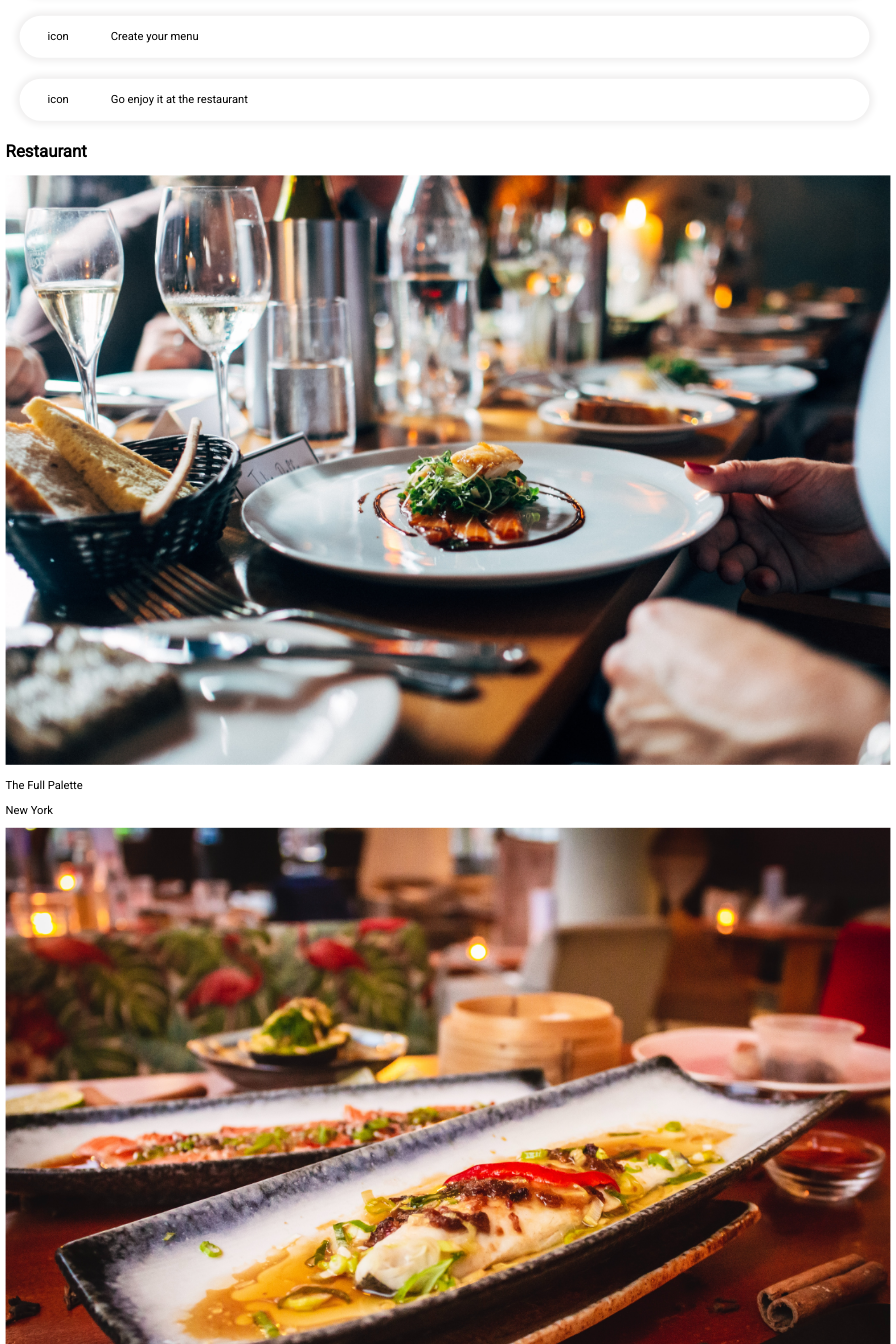
Repository: ailahin/ohmyfood
Page: Index.html
An editor plug-in stored every save of this project. The page is shown before and after the next save, followed by the edit.
The browser window is 1280 px wide. The pictures show the part of the page from y = 462 to 2382 px (the page is 5527 px tall before and 2996 px after), at 70% of full size.
Some web fonts or font styles are not loaded; a fallback is used.

Above is the page before, as saved 2023-08-12 20:24:28.

After the next save:
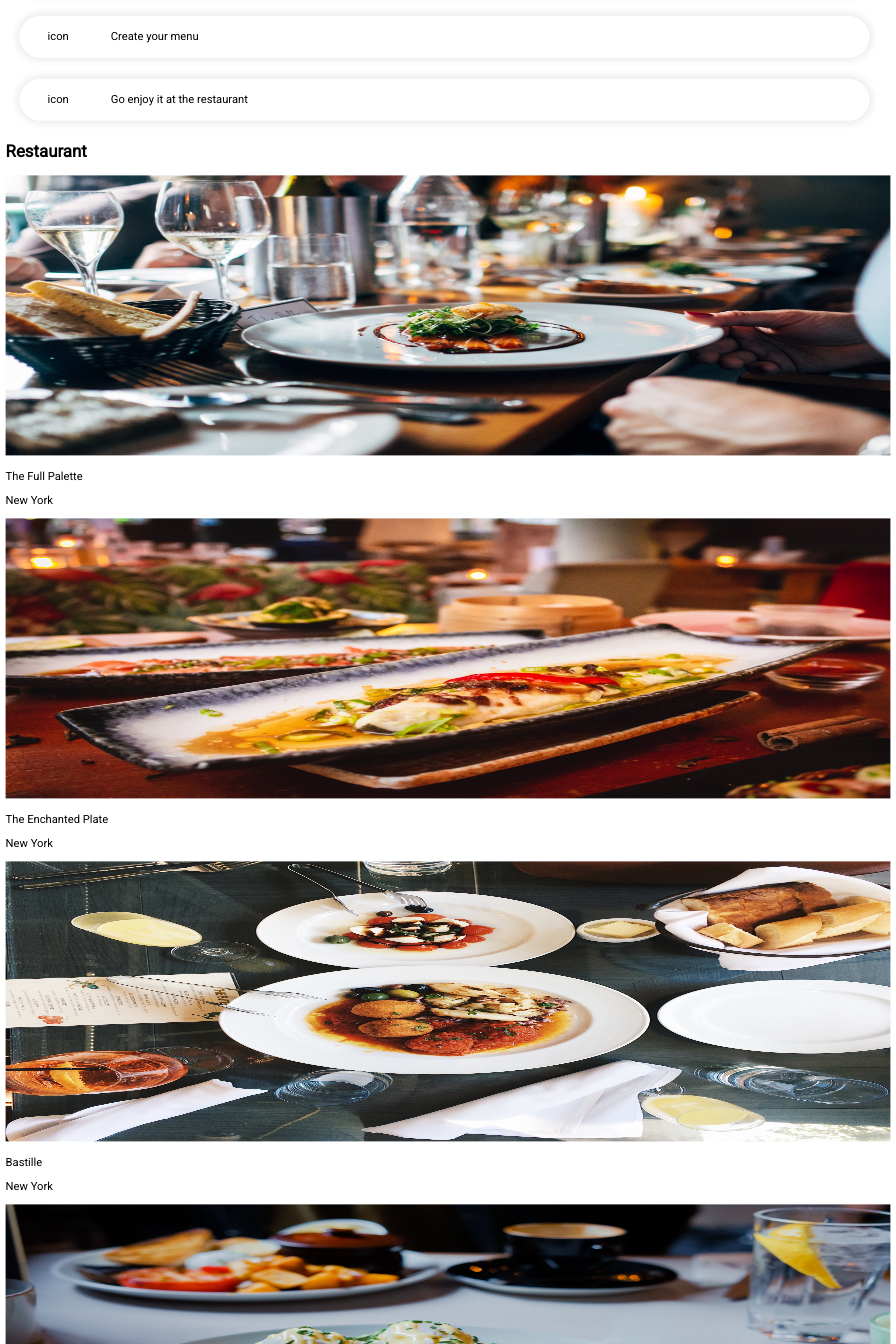
Saved 7 s later.
--- a/index.css
+++ b/index.css
@@ -95,6 +95,7 @@
 
 .image-container img{
     width: 100%;
+    height: 400px;
 }
 
 

After the save that followed:
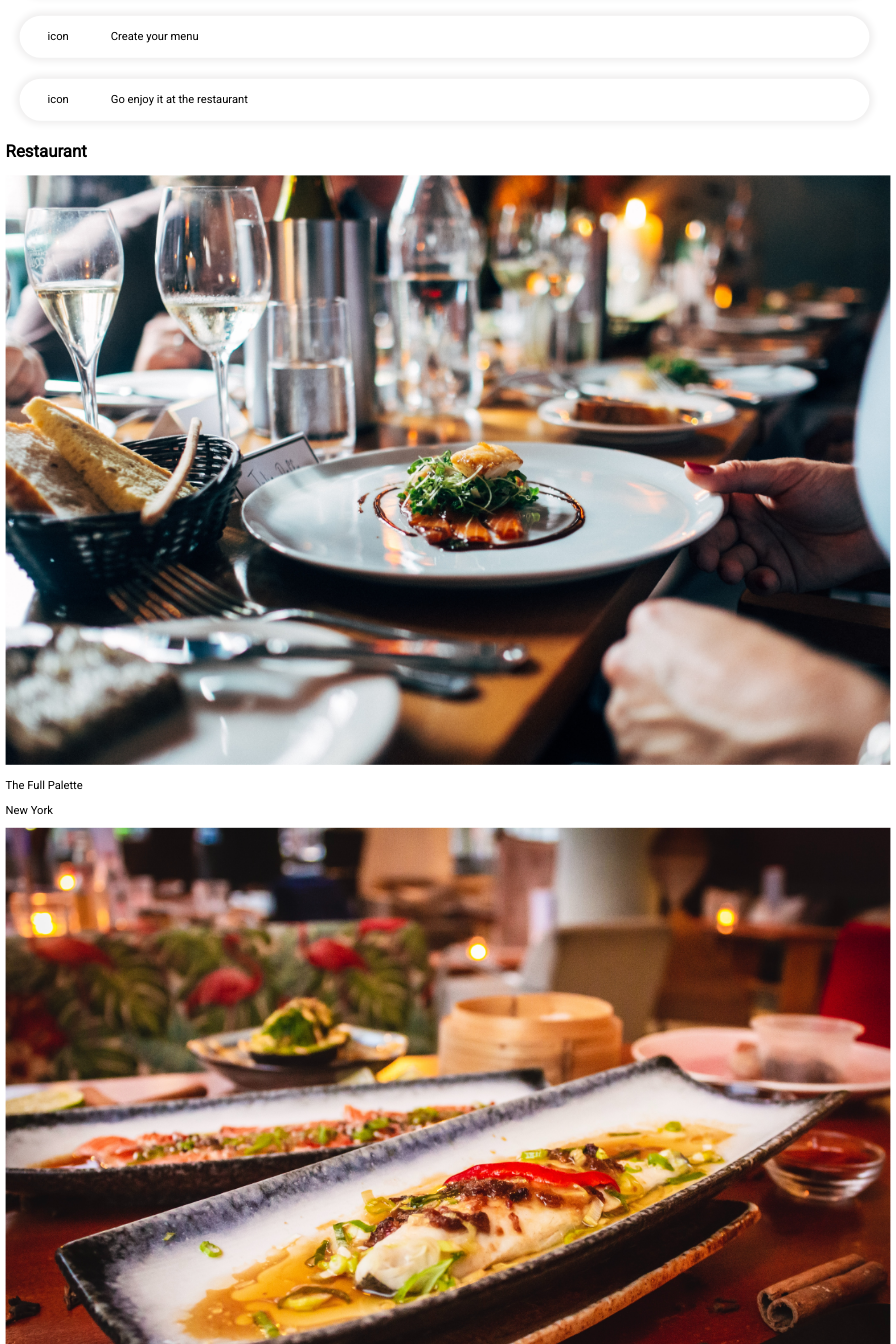
Saved 5 s later.
--- a/index.css
+++ b/index.css
@@ -95,7 +95,6 @@
 
 .image-container img{
     width: 100%;
-    height: 400px;
 }
 
 
